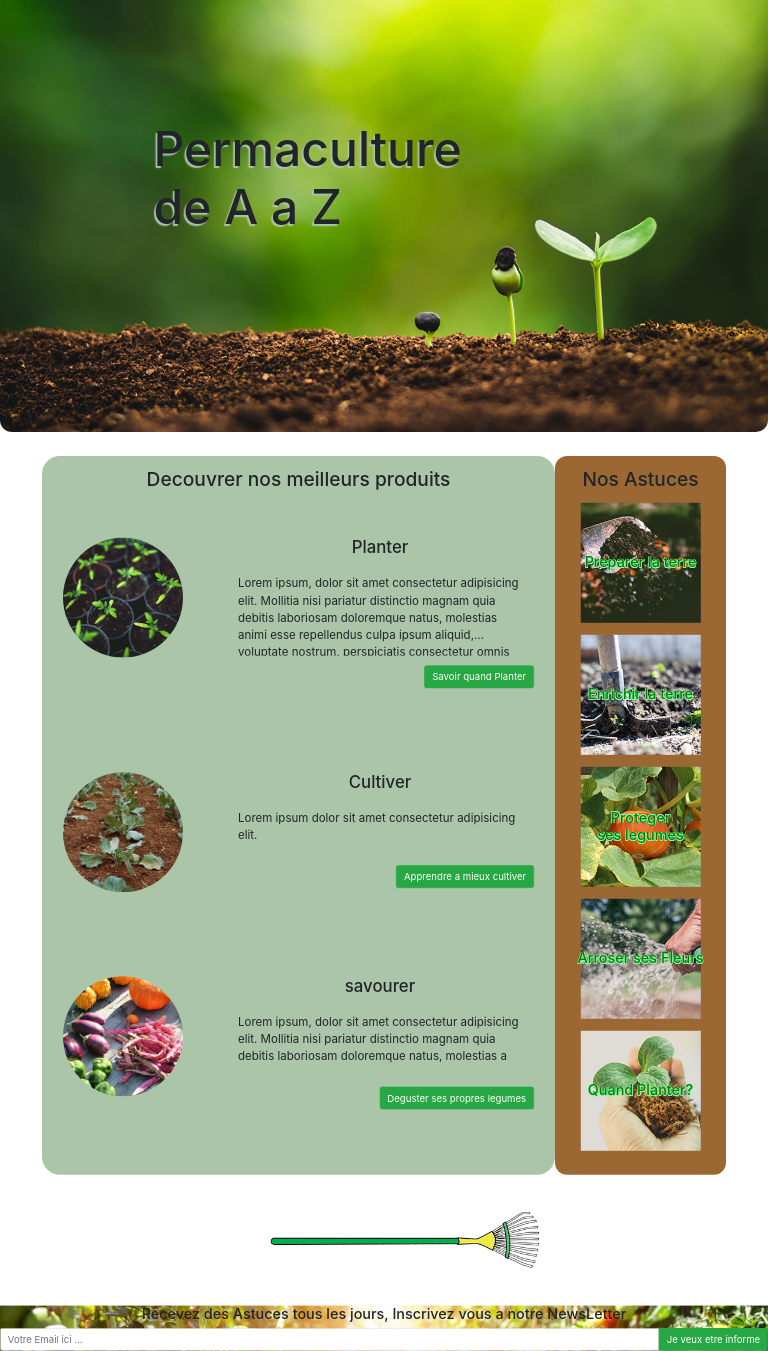
Repository: ahthionkevin/permaculture
Page: index.html
The author's editor kept a copy of each file at every save. The page is drawn from the files as they stood at one save, then again after the next save.
The browser window is 1280 px wide. The pictures show the whole page, at 60% of full size.
Backgrounds fixed to the window are drawn as part of the page.

Above is the page before, as saved 2021-07-07 00:06:11.

After the next save:
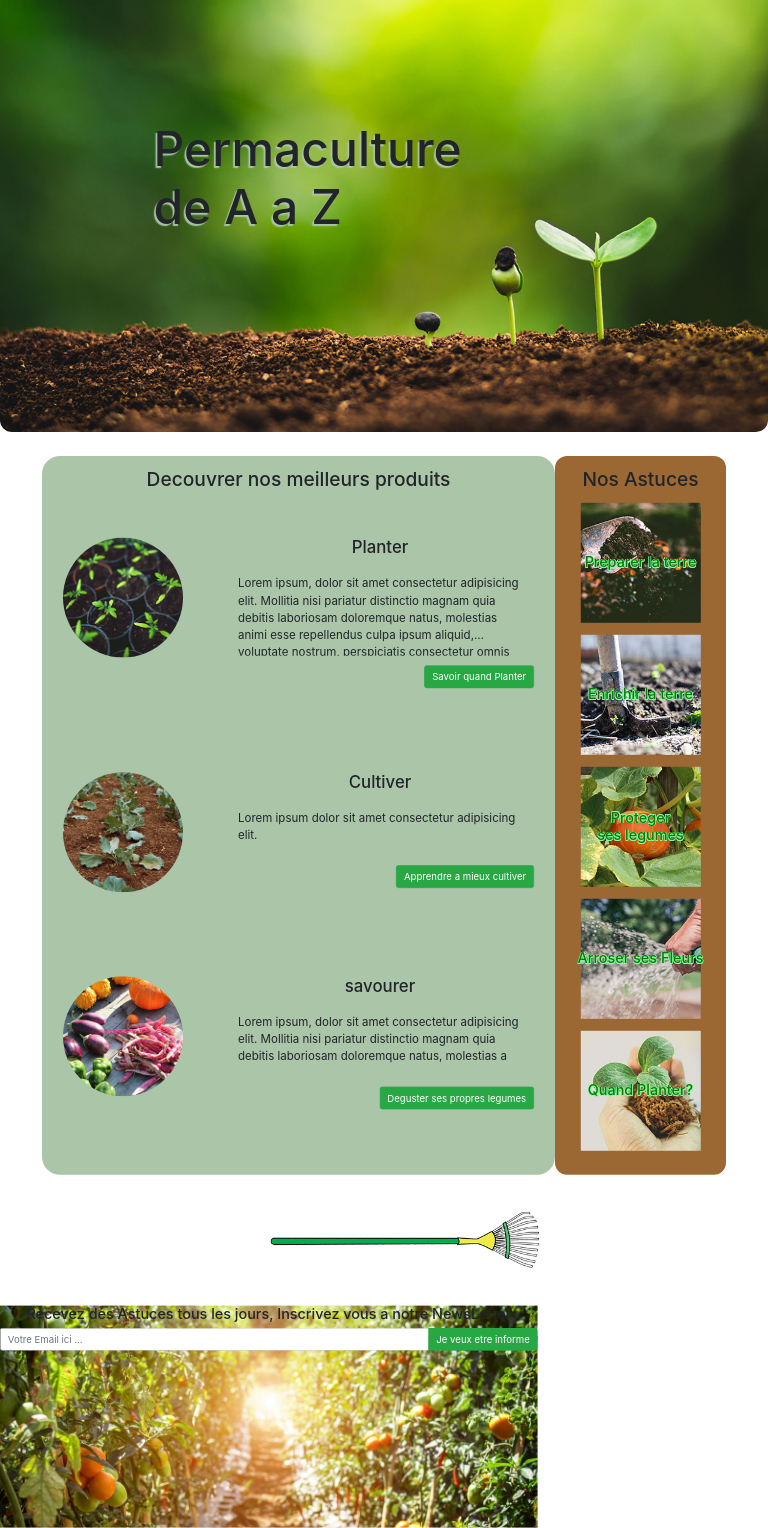
Saved 6 h 35 min later.
--- a/style.css
+++ b/style.css
@@ -133,4 +133,6 @@ h1{
   #newsLetter{
       background: url(./media/newsletter.jpeg) no-repeat 50% 50%;
       background-size: cover;
+      width: 70%;
+      height: 370px;
   }
